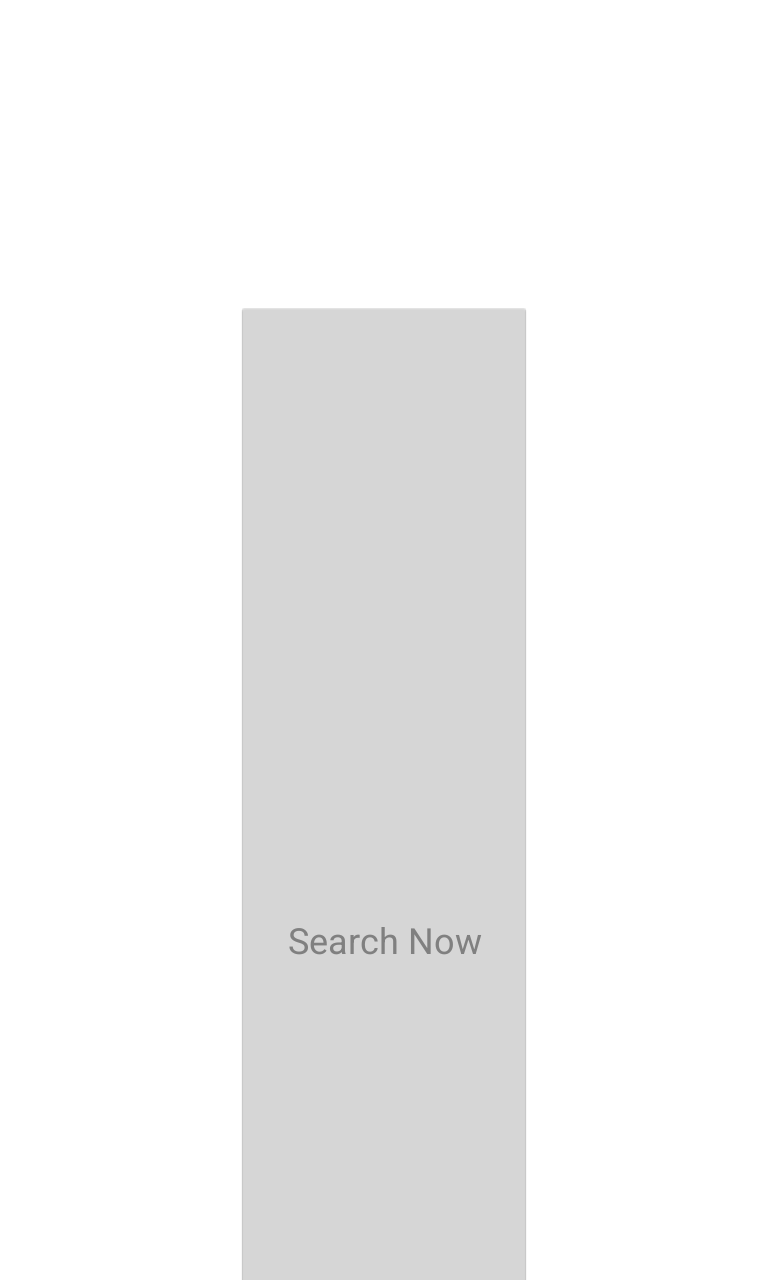
Repository: scottcaruso/Java_I_1307_Week4
Layout: myGov/res/layout/main_screen.xml
An editor plug-in stored every save of this project. The layout is shown before and after the next save, followed by the edit.
It is drawn on a 768 x 1280 px phone screen (xhdpi) without system bars, with theme AppTheme; the app's code is not run.

Above is the layout before, as saved 2013-08-01 19:44:16.

After the next save:
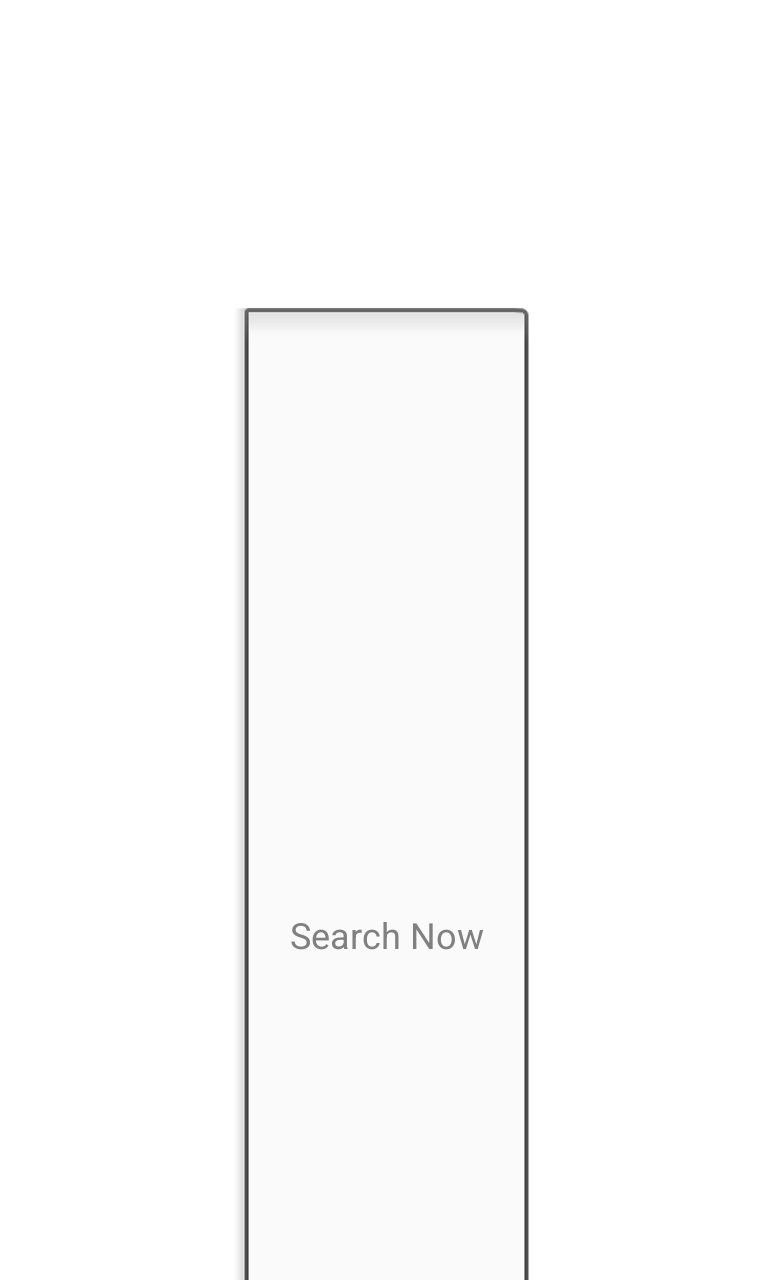
Saved 11 min 7 s later.
--- a/myGov/res/layout/main_screen.xml
+++ b/myGov/res/layout/main_screen.xml
@@ -19,6 +19,7 @@
 
     <Button
         android:id="@+id/dosearchnow"
+        style="@android:style/Widget.Holo.Button.Inset"
         android:layout_width="150dp"
         android:layout_height="match_parent"
         android:layout_gravity="center"
@@ -26,6 +27,7 @@
 
     <Button
         android:id="@+id/retrievefavorites"
+        style="@android:style/Widget.Holo.Button.Inset"
         android:layout_width="250dp"
         android:layout_height="wrap_content"
         android:layout_gravity="center"
